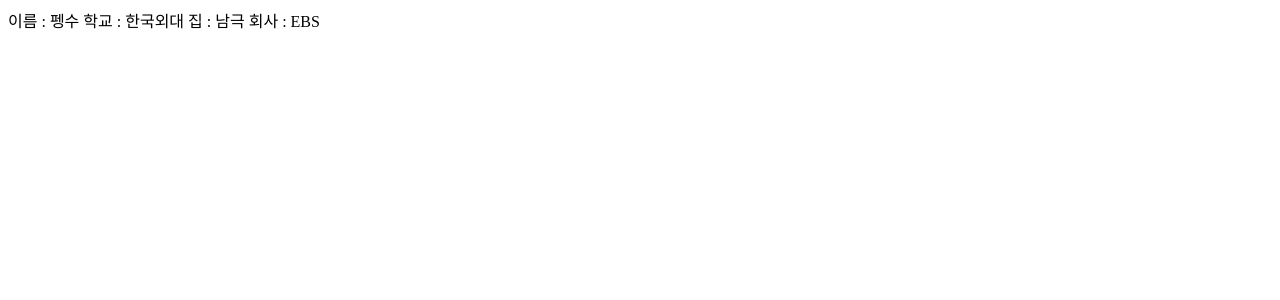
Repository: ujin2021/jsp_study
Page: jsp01/WebContent/me.html
An editor plug-in stored every save of this project. The page is shown before and after the next save, followed by the edit.
The browser window is 1280 px wide. The pictures show the whole page.

Above is the page before, as saved 2020-01-11 07:06:14.

After the next save:
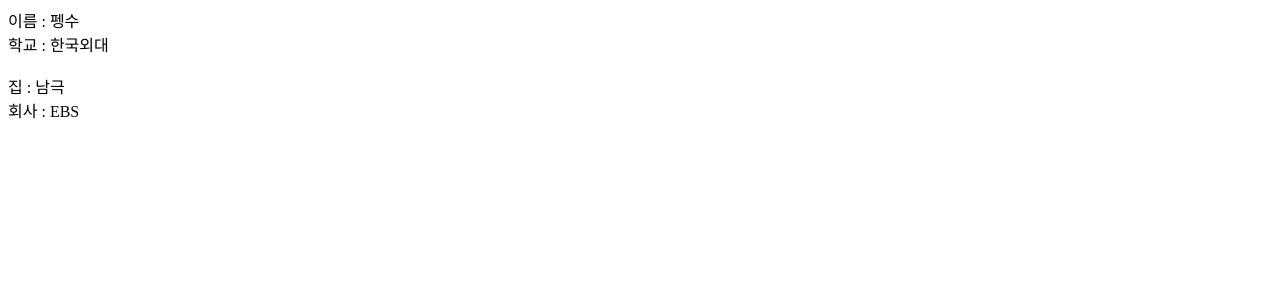
Saved 4 min 10 s later.
--- a/jsp01/WebContent/me.html
+++ b/jsp01/WebContent/me.html
@@ -5,9 +5,9 @@
 <title>Insert title here</title>
 </head>
 <body>
-이름 : 펭수
-학교 : 한국외대
-집 : 남극
-회사 : EBS
+이름 : 펭수 <br>
+학교 : 한국외대 <br><br>
+집 : 남극 <br>
+회사 : EBS <br>
 </body>
 </html>
